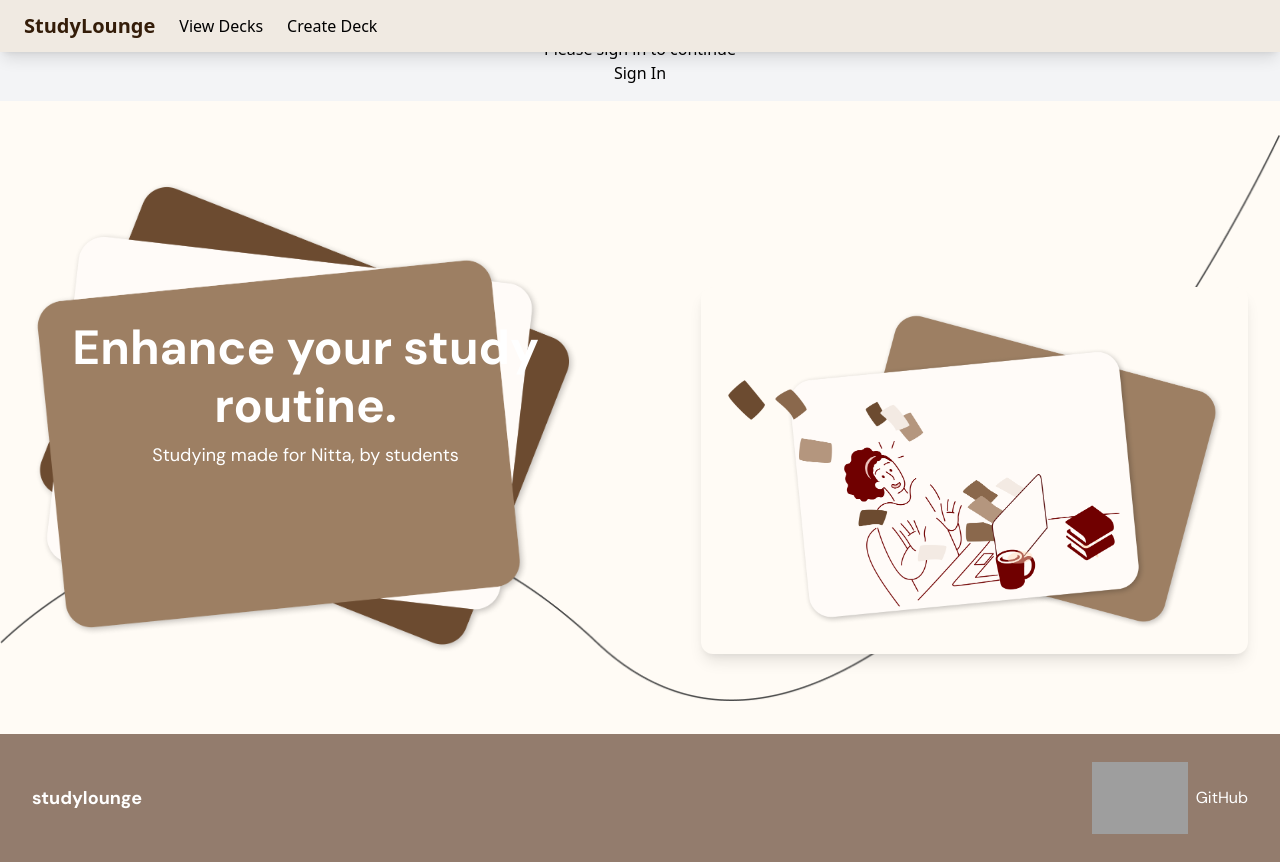
Repository: greg-chang/flashcard-website
Page: / (app in frontend/)
These files come from the project's save history. The page is drawn as it stood at one moment and after the next save; the edit follows.
The browser window is 1280 px wide. The pictures show the whole page.
Pictures or frames that could not be fetched are drawn as grey boxes. The page's requests for data from a server got no answer. The project was rebuilt for these pictures with package versions that can differ from the ones it lists, and the page was loaded fresh each time. Some packages were replaced by stand-ins written for this rebuild. The framework's server and built-in components were replaced by stand-ins that run in the browser. No one was signed in, and anything a server would have sent is missing. Also part of the build but not shown: frontend/next.config.ts, frontend/src/components/CardComponent.tsx, frontend/src/components/Dashboard.tsx.

Above is the page before, as saved 2025-06-09 16:32:07.

After the next save:
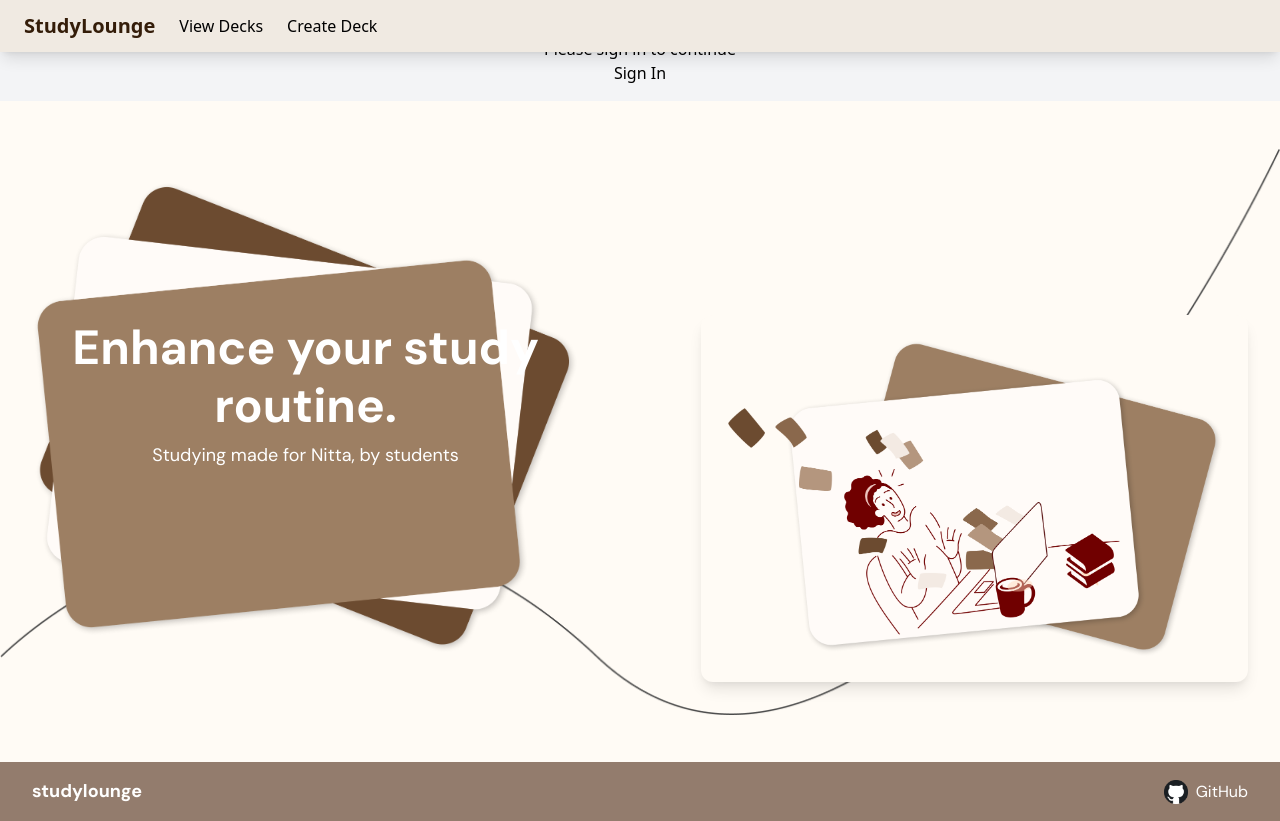
Saved 8 min 41 s later.
--- a/frontend/src/components/footer.tsx
+++ b/frontend/src/components/footer.tsx
@@ -1,6 +1,7 @@
 'use client';
 
-import { Flex, Text, HStack, Image } from '@chakra-ui/react';
+import { Flex, Text, HStack } from '@chakra-ui/react';
+import Image from 'next/image';
 import GithubLogo from '@/assets/Github Logo.png';
 
 export default function Footer() {
@@ -25,7 +26,7 @@ export default function Footer() {
           alt="GitHub Logo"
           width={24}
           height={24}
-          objectFit="contain"
+          style={{ objectFit: 'contain' }}
         />
         <Text>GitHub</Text>
       </HStack>
